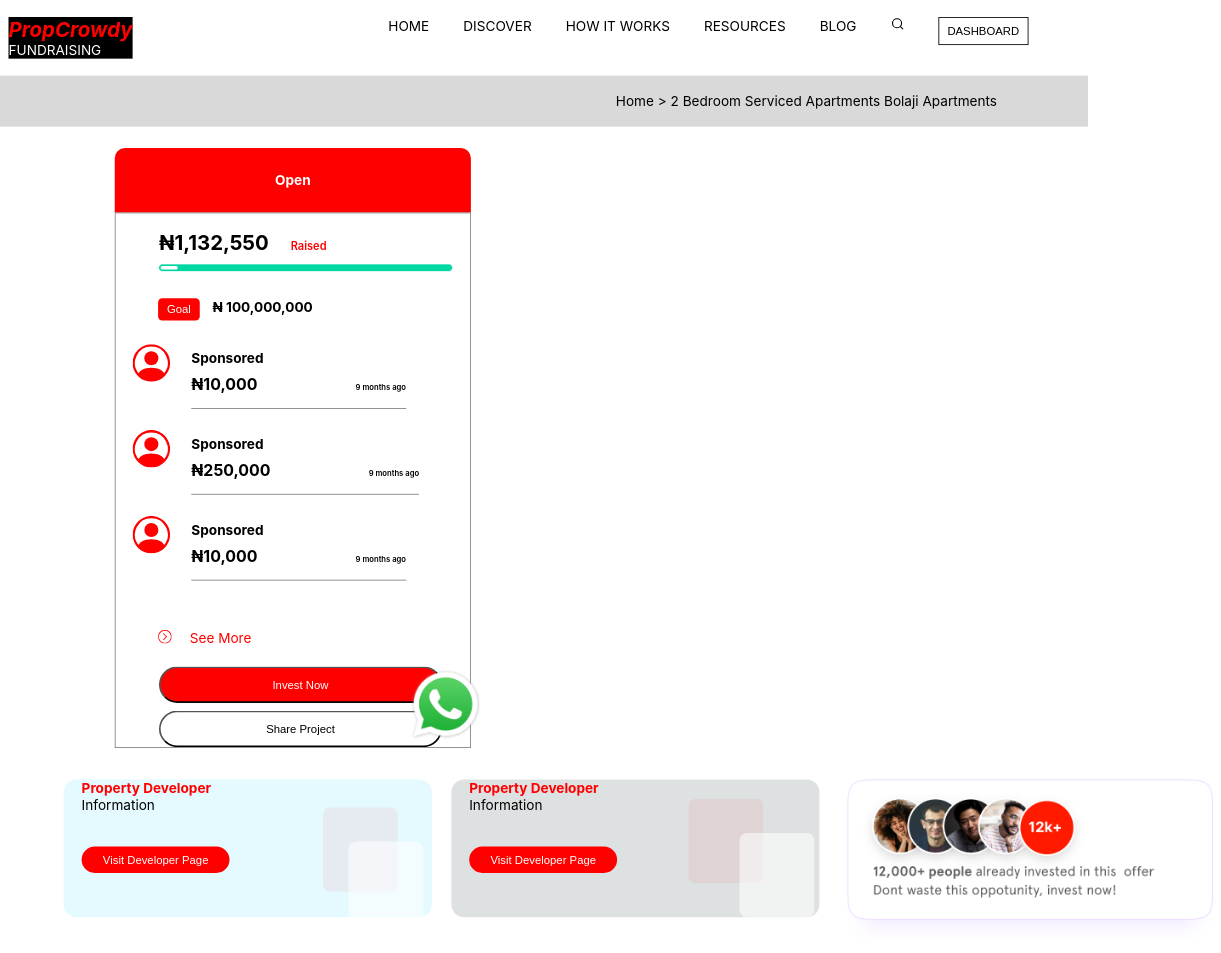
Repository: uh-sman/Popcrowdy
Page: /
These files come from the project's save history. The page is drawn as it stood at one moment and after the next save; the edit follows.
The browser window is 1280 px wide. The page is 1437 px wide, so the pictures cover 1437 px, including what lies to the right of the window. The pictures show the whole page, at 85% of full size.
The project was rebuilt for these pictures with package versions that can differ from the ones it lists, and the page was loaded fresh each time. Also part of the build but not shown: src/components/Section/carousel.css, src/components/Section/Carousel.js, src/components/Section/scroll.css, src/components/Section/Scroll.js.

Above is the page before, as saved 2022-11-14 21:31:33.

After the next save:
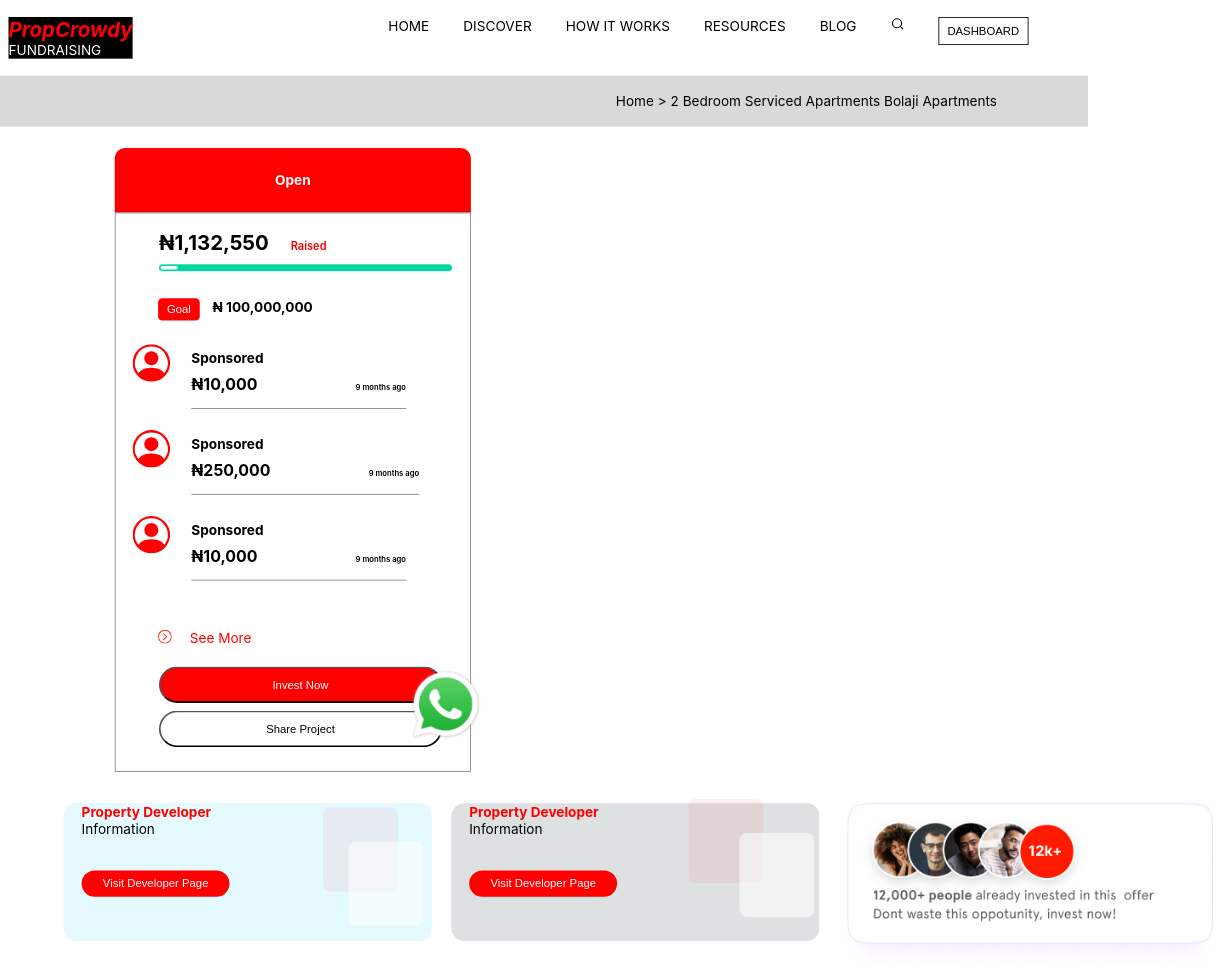
Saved 21 min 10 s later.
--- a/src/components/Section/card.css
+++ b/src/components/Section/card.css
@@ -71,6 +71,7 @@
   top: 0px;
   border-radius: 47px;
   background: #ffff;
+  margin-bottom: 27.75px;
 }
 .border {
   padding-bottom: 11px;
